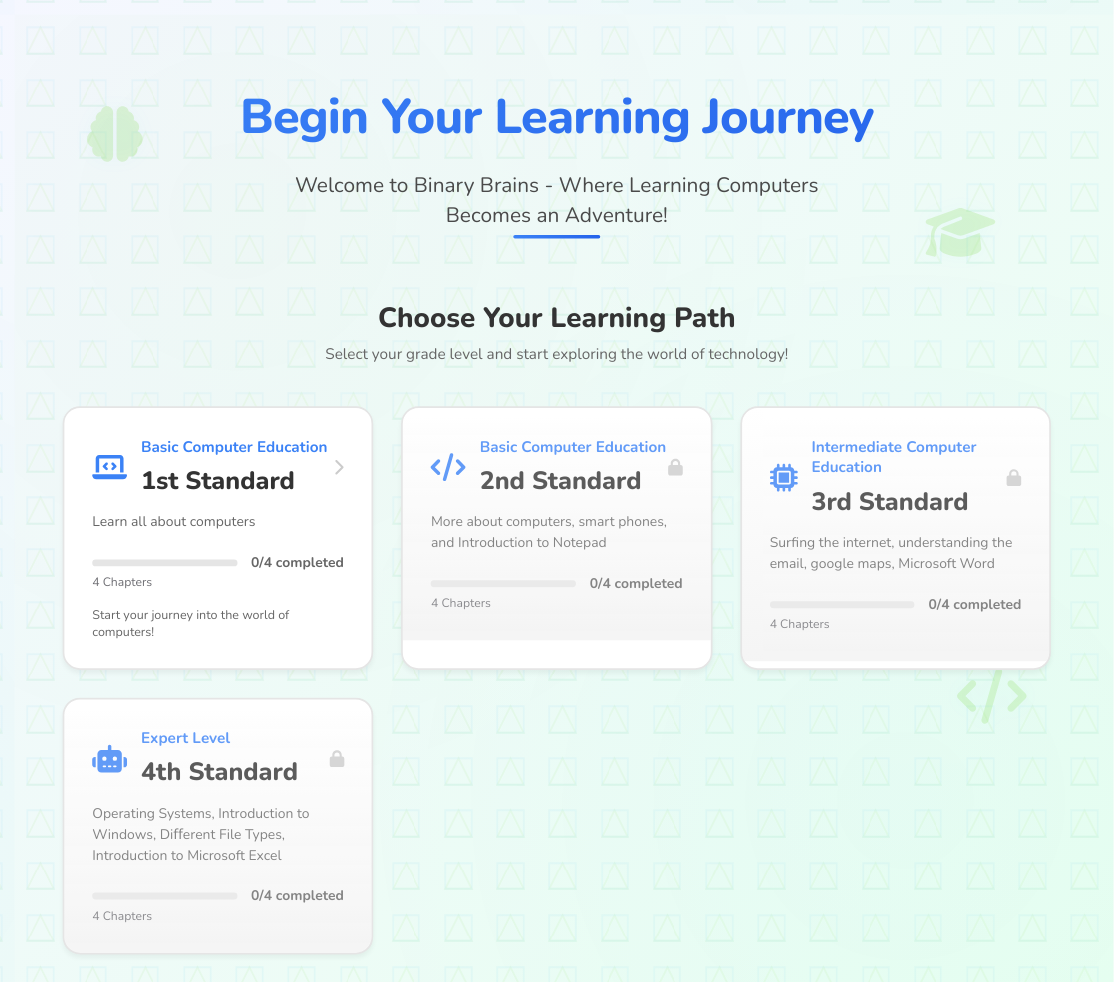
Repository: NeedFit-Agency/dattamsh
Page: /
The author's editor kept a copy of each file at every save. The page is drawn from the files as they stood at one save, then again after the next save.
The browser window is 1280 px wide. The pictures show the whole page, at 87% of full size.
The project was rebuilt for these pictures with package versions that can differ from the ones it lists, and the page was loaded fresh each time. The framework's server and built-in components were replaced by stand-ins that run in the browser. Also part of the build but not shown: next.config.ts.

Above is the page before, as saved 2025-04-02 20:00:45.

### src/app/layout.tsx
import type { Metadata } from "next";
import { Nunito } from "next/font/google";
import "./globals.css";
import { config } from '@fortawesome/fontawesome-svg-core'
import '@fortawesome/fontawesome-svg-core/styles.css'
import Header from '@/app/components/layout/Header/Header'
config.autoAddCss = false

const nunito = Nunito({ subsets: ["latin"], weight: ["400", "700", "800", "900"] });

export const metadata: Metadata = {
  title: "Dattamsh",
  description: "Learning languages is fun!",
};

export default function RootLayout({
  children,
}: Readonly<{
  children: React.ReactNode;
}>) {
  return (
    <html lang="en">
      <body className={nunito.className}>
        {/* The Header component will be present for all routes EXCEPT /quiz/* */}
        {/* The children (which includes quiz pages with their own layout) will be rendered */}
        {children}
      </body>
    </html>
  );
}

### src/app/page.tsx
'use client';

import Link from 'next/link';
import { motion } from 'framer-motion';
import { FontAwesomeIcon } from '@fortawesome/react-fontawesome';
import {
  faChevronRight,
  faLock,
  faLaptopCode,
  faRobot,
  faMicrochip,
  faCode,
  faBrain,
  faGraduationCap,
  faAward
} from '@fortawesome/free-solid-svg-icons';
import styles from './page.module.css';

export default function HomePage() {
  const Standards = [
    {
      id: "1",
      subtitle: "Basic Computer Education",
      title: "1st Standard",
      status: "active",
      progress: "0/4 completed",
      units: "4 Chapters",
      message: "Start your journey into the world of computers!",
      icon: faLaptopCode,
      description: "Learn all about computers"
    },
    {
      id: "2",
      subtitle: "Basic Computer Education",
      title: "2nd Standard",
      status: "locked",
      units: "4 Chapters",
      progress: "0/4 completed",
      icon: faCode,
      description: "More about computers, smart phones, and Introduction to Notepad"
    },
    {
      id: "3",
      subtitle: "Intermediate Computer Education",
      title: "3rd Standard",
      status: "locked",
      progress: "0/4 completed",
      units: "4 Chapters",
      icon: faMicrochip,
      description: "Surfing the internet, understanding the email, google maps, Microsoft Word"
    },
    {
      id: "4",
      subtitle: "Expert Level",
      title: "4th Standard",
      status: "locked",
      progress: "0/4 completed",
      units: "4 Chapters",
      icon: faRobot,
      description: "Operating Systems, Introduction to Windows, Diﬀerent File Types, Introduction to Microsoft Excel"
    }
  ];

  // Add decorative elements
  const decorativeIcons = [
    { icon: faBrain, style: { top: '10%', left: '5%' } },
    { icon: faGraduationCap, style: { top: '20%', right: '8%' } },
    { icon: faAward, style: { bottom: '15%', left: '8%' } },
    { icon: faCode, style: { bottom: '25%', right: '5%' } },
  ];

  return (
    <div className={styles.pageWrapper}>
      <main className={styles.main}>
        {/* Add decorative icons */}
        {decorativeIcons.map((item, index) => (
          <motion.div
            key={index}
            className={styles.decorativeIcon}
            style={item.style as React.CSSProperties}
            initial={{ opacity: 0, scale: 0 }}
            animate={{ opacity: 1, scale: 1 }}
            transition={{ duration: 0.5, delay: index * 0.2 }}
          >
            <FontAwesomeIcon icon={item.icon} />
          </motion.div>
        ))}

        <motion.div
          className={styles.heroSection}
          initial={{ opacity: 0, y: 20 }}
          animate={{ opacity: 1, y: 0 }}
          transition={{ duration: 0.6 }}
        >
          <h2 className={styles.heroTitle}>Begin Your Learning Journey</h2>
          <p className={styles.heroSubtitle}>
            Welcome to Binary Brains - Where Learning Computers Becomes an Adventure!
          </p>
        </motion.div>

        <div className={styles.standardsContainer}>
          <motion.div
            className={styles.sectionHeader}
            initial={{ opacity: 0, y: 20 }}
            animate={{ opacity: 1, y: 0 }}
            transition={{ duration: 0.6, delay: 0.3 }}
          >
            <h3>Choose Your Learning Path</h3>
            <p>Select your grade level and start exploring the world of technology!</p>
          </motion.div>

          <div className={styles.standardList}>
            {Standards.map((Standard, index) => (
              <motion.div
                key={Standard.id}
                className={styles.standardCard}
                initial={{ opacity: 0, x: -20 }}
                animate={{ opacity: 1, x: 0 }}
                transition={{ duration: 0.5, delay: 0.5 + index * 0.1 }}
              >
                <Link
                  href={Standard.status === 'active' ? `/learn/${Standard.id}` : '#'}
                  className={`${styles.standardLink} ${Standard.status === 'locked' ? styles.locked : ''}`}
                >
                  <div className={styles.standardContent}>
                    <div className={styles.standardHeader}>
                      <FontAwesomeIcon icon={Standard.icon} className={styles.standardIcon} />
                      <div className={styles.standardInfo}>
                        <span className={styles.subtitle}>{Standard.subtitle}</span>
                        <h2 className={styles.title}>{Standard.title}</h2>
                      </div>
                      {Standard.status === 'locked' ? (
                        <FontAwesomeIcon icon={faLock} className={styles.lockIcon} />
                      ) : (
                        <FontAwesomeIcon icon={faChevronRight} className={styles.arrowIcon} />
                      )}
                    </div>

                    <p className={styles.standardDescription}>{Standard.description}</p>

                    <div className={styles.standardDetails}>
                      <div className={styles.progress}>
                        <div className={styles.progressBar}>
                          <div
                            className={styles.progressFill}
                            style={{ width: Standard.status === 'active' ? '0%' : '0%' }}
                          />
                        </div>
                        <span className={styles.progressText}>{Standard.progress}</span>
                      </div>
                      <span className={styles.units}>{Standard.units}</span>
                      {Standard.message && (
                        <p className={styles.message}>{Standard.message}</p>
                      )}
                    </div>
                  </div>
                </Link>
              </motion.div>
            ))}
          </div>
        </div>
      </main>
    </div>
  );
}

### src/app/globals.css
/* Reset basic styles */
* {
  margin: 0;
  padding: 0;
  box-sizing: border-box;
}

:root {
  --background-light: #f8fafc;
  --background-medium: #eef2f7;
  --white: #ffffff;
  --border-light: #e5e7eb;
  --text-dark: #1f2937;
  --text-medium: #6b7280;
  --text-light: #9ca3af;
  --accent-color: #3b82f6; /* Changed to Blue */
  --accent-light: #60a5fa;
  --accent-dark: #2563eb;
  --primary-blue: #3b82f6; /* Already blue */
  --primary-blue-dark: #2563eb;
  --error-red: #ef4444;
  --warning-yellow: #f59e0b;
  --correct-green: #3b82f6; /* Changed to blue for consistency */
  --incorrect-red: #ef4444; /* Same as error */

  /* Font Sizes */
  --font-size-xs: 0.75rem;
  --font-size-sm: 0.875rem;
  --font-size-base: 1rem;
  --font-size-lg: 1.125rem;
  --font-size-xl: 1.25rem;
  --font-size-2xl: 1.5rem;
  --font-size-3xl: 1.875rem;
  --font-size-4xl: 2.25rem;
  --font-size-5xl: 3rem;
  --font-size-display: clamp(2.5rem, 6vw + 1rem, 6rem); /* For large characters */

  /* Duolingo theme variables - update to blue theme */
  --duo-green: #3b82f6; /* Changed to blue */
  --duo-green-dark: #2563eb;
  --duo-green-light: #93c5fd;
  --duo-green-border: #60a5fa;
  --duo-green-feedback: #dbeafe;

  /* Keep existing blue colors */
  --duo-blue-primary: #3b82f6;
  --duo-blue-dark: #2563eb;
  --duo-blue-light: #ddf4ff;
  --duo-blue-border: #bbe6ff;

  /* --- Core Colors (Blue Accent) --- */
  --duo-blue-primary: #1cb0f6;
  --duo-blue-dark: #1899d6;
  --duo-blue-light: #ddf4ff;   /* Needed for sidebar active bg */
  --duo-blue-border: #bbe6ff; /* Needed for sidebar active border */

  /* --- Secondary & Status Colors --- */
  --duo-yellow: #ffc800;
  --duo-yellow-dark: #e5a000;
  --duo-orange: #ff9600;
  --duo-orange-dark: #e58300;
  --duo-red: #ff4b4b;
  --duo-purple: #8e4dff;
  --duo-gold: #ffc800;
  --duo-gold-dark: #e5a000;
  --duo-gold-glow: rgba(255, 200, 0, 0.4);

  /* --- Grays & Text --- */
  --duo-gray-lightest: #f7f7f7; /* Needed for sidebar hover bg */
  --duo-gray-light: #e5e5e5;
  --duo-gray-medium: #afafaf;  /* Needed for inactive icons/profile border */
  --duo-gray-dark: #777777;    /* Needed for inactive text */
  --duo-text-dark: #4b4b4b;
  --duo-text-light: #ffffff;
  --duo-border: #e5e5e5;       /* Needed for sidebar right border */

  /* --- Dark Theme (Legendary) --- */
  --dark-bg: #1a1a1a;
  --dark-text-medium: #b0b0b0;
  --dark-footer-border: #333333;
  --dark-button-outline: #cccccc;

  /* --- Fonts --- */
  --font-family: 'Nunito', sans-serif; /* Ensure you import Nunito in layout.tsx */

  /* --- Layout --- */
  --sidebar-width: 300px;
  --right-rail-width: 400px;
}


body {
  font-family: var(--font-family);
  color: var(--duo-text-dark);
  background-color: #fefefe;
  /* Prevent scrolling issues with sticky elements */
  overflow-x: hidden;
}

/* Basic Button Resets */
button {
  font-family: inherit;
  cursor: pointer;
  border: none;
  background: none;
  padding: 0;
  color: inherit;
}

/* Link Resets */
a {
  color: inherit;
  text-decoration: none;
}

/* Font Awesome basic sizing */
.svg-inline--fa {
  vertical-align: middle; /* Better alignment */
}

### src/app/components/layout/Header/Header.tsx
'use client';

import { useState, useEffect } from 'react';
import Link from 'next/link';
import { FontAwesomeIcon } from '@fortawesome/react-fontawesome';
import { faBars, faTimes, faCode, faGraduationCap } from '@fortawesome/free-solid-svg-icons';
import StatsBar from '@/app/components/layout/StatsBar/StatsBar';
import styles from './Header.module.css';

export default function Header() {
  const [isScrolled, setIsScrolled] = useState(false);
  const [isMobileMenuOpen, setIsMobileMenuOpen] = useState(false);

  useEffect(() => {
    const handleScroll = () => {
      setIsScrolled(window.scrollY > 20);
    };

    window.addEventListener('scroll', handleScroll);
    return () => window.removeEventListener('scroll', handleScroll);
  }, []);

  return (
    <header className={`${styles.header} ${isScrolled ? styles.scrolled : ''}`}>
      <div className={styles.headerContent}>
        <Link href="/" className={styles.logoLink}>
          <div className={styles.logo}>
            <div className={styles.logoIconWrapper}>
              <span className={styles.codeBracket}>{"<"}</span>
              <span className={styles.codeSlash}>/</span>
              <span className={styles.codeBracket}>{">"}</span>
            </div>
            <div className={styles.logoText}>
              <span className={styles.logoMain}>Binary</span>
              <span className={styles.logoAccent}>Brains</span>
            </div>
          </div>
        </Link>

        <nav className={styles.nav}>
          {/* <div className={styles.navLinks}>
            <Link href="/learn" className={styles.navLink}>
              <FontAwesomeIcon icon={faGraduationCap} className={styles.navIcon} />
              <span>Learn</span>
            </Link>
          </div> */}
          <div className={styles.statsWrapper}>
            <StatsBar streak={1} gems={234} hearts={2} />
          </div>
        </nav>

        <button
          className={`${styles.mobileMenuButton} ${isMobileMenuOpen ? styles.active : ''}`}
          onClick={() => setIsMobileMenuOpen(!isMobileMenuOpen)}
          aria-label="Toggle menu"
        >
          <span className={styles.hamburgerIcon}></span>
        </button>

        <div className={`${styles.mobileMenu} ${isMobileMenuOpen ? styles.mobileMenuOpen : ''}`}>
          {/* <div className={styles.mobileNavLinks}>
            <Link href="/learn" className={styles.mobileNavLink}>
              <FontAwesomeIcon icon={faGraduationCap} className={styles.mobileNavIcon} />
              Learn
            </Link>
          </div> */}
          <div className={styles.mobileStatsWrapper}>
            <StatsBar streak={1} gems={234} hearts={2} />
          </div>
        </div>
      </div>
    </header>
  );
}

### src/app/components/layout/StatsBar/StatsBar.tsx
import { FontAwesomeIcon } from '@fortawesome/react-fontawesome';
import { faShieldAlt, faFireFlameCurved, faGem, faHeart } from '@fortawesome/free-solid-svg-icons';
import styles from './StatsBar.module.css';

interface StatsBarProps {
  streak: number;
  gems: number;
  hearts: number;
  streakFreezeActive?: boolean; // Optional prop
}

export default function StatsBar({ streak, gems, hearts, streakFreezeActive = true }: StatsBarProps) {
  return (
    <div className={styles.statsBar}>
      {streakFreezeActive && (
        <div className={`${styles.statItem} ${styles.streakFreeze}`}>
          <FontAwesomeIcon icon={faShieldAlt} className={styles.icon} />
        </div>
      )}
      <div className={`${styles.statItem} ${styles.streakCount}`}>
        <FontAwesomeIcon icon={faFireFlameCurved} className={styles.icon} /> {streak}
      </div>
      <div className={`${styles.statItem} ${styles.gems}`}>
        <FontAwesomeIcon icon={faGem} className={styles.icon} /> {gems}
      </div>
      <div className={`${styles.statItem} ${styles.hearts}`}>
        <FontAwesomeIcon icon={faHeart} className={styles.icon} /> {hearts}
      </div>
    </div>
  );
}

### src/app/components/layout/Header/Header.module.css
.header {
  background: rgba(255, 255, 255, 0.9);
  backdrop-filter: saturate(180%) blur(20px);
  -webkit-backdrop-filter: saturate(180%) blur(20px);
  position: sticky;
  top: 0;
  z-index: 100;
  border-bottom: 1px solid rgba(88, 204, 2, 0.2);
  transition: all 0.3s cubic-bezier(0.4, 0, 0.2, 1);
}

.scrolled {
  background: rgba(255, 255, 255, 0.98);
  box-shadow: 0 4px 20px rgba(88, 204, 2, 0.1);
}

.headerContent {
  max-width: 1200px;
  margin: 0 auto;
  padding: 0.8rem 1rem;
  display: flex;
  justify-content: space-between;
  align-items: center;
  position: relative;
}

.logoLink {
  text-decoration: none;
  display: flex;
  align-items: center;
  transition: transform 0.3s cubic-bezier(0.34, 1.56, 0.64, 1);
}

.logoLink:hover {
  transform: scale(1.02);
}

.logo {
  display: flex;
  align-items: center;
  gap: 0.75rem;
}

.logoIconWrapper {
  display: flex;
  align-items: center;
  font-size: 1.5rem;
  font-weight: 800;
  color: #58cc02;
  letter-spacing: -1px;
  transition: transform 0.3s cubic-bezier(0.34, 1.56, 0.64, 1);
}

.logoLink:hover .logoIconWrapper {
  transform: rotate(-5deg);
}

.codeBracket {
  opacity: 0.9;
  transition: transform 0.3s cubic-bezier(0.34, 1.56, 0.64, 1);
}

.codeSlash {
  color: #3f9c00;
  margin: 0 -1px;
  transition: transform 0.3s cubic-bezier(0.34, 1.56, 0.64, 1);
}

.logoLink:hover .codeBracket:first-child {
  transform: translateX(-2px);
}

.logoLink:hover .codeBracket:last-child {
  transform: translateX(2px);
}

.logoLink:hover .codeSlash {
  transform: rotate(-15deg) scale(1.1);
}

.logoText {
  display: flex;
  gap: 0.35rem;
  font-size: 1.5rem;
  font-weight: 800;
  letter-spacing: -0.02em;
}

.logoMain {
  color: #1cb0f6;
}

.logoAccent {
  background: linear-gradient(135deg, #58cc02, #3f9c00);
  -webkit-background-clip: text;
  background-clip: text;
  color: transparent;
}

.nav {
  display: flex;
  align-items: center;
  gap: 1rem;
  margin-left: auto;
}

.statsWrapper {
  display: flex;
  align-items: center;
  gap: 0.5rem;
}

.navLinks {
  display: flex;
  gap: 1rem;
  margin-right: 1rem;
}

.navLink {
  display: flex;
  align-items: center;
  gap: 0.5rem;
  color: #3c3c3c;
  text-decoration: none;
  font-size: 1rem;
  font-weight: 700;
  padding: 0.5rem 1rem;
  border-radius: 12px;
  transition: all 0.3s cubic-bezier(0.4, 0, 0.2, 1);
  background: rgba(88, 204, 2, 0.1);
}

.navIcon {
  font-size: 1.1rem;
  color: #58cc02;
  transition: transform 0.3s cubic-bezier(0.34, 1.56, 0.64, 1);
}

.navLink:hover {
  background: rgba(88, 204, 2, 0.15);
  transform: translateY(-1px);
}

.navLink:hover .navIcon {
  transform: scale(1.1) rotate(-5deg);
}

.mobileMenuButton {
  display: none;
  background: none;
  border: none;
  padding: 0.5rem;
  cursor: pointer;
  position: relative;
  z-index: 102;
  width: 44px;
  height: 44px;
}

.hamburgerIcon,
.hamburgerIcon::before,
.hamburgerIcon::after {
  display: block;
  width: 24px;
  height: 2px;
  background: #58cc02;
  position: absolute;
  left: 50%;
  transform: translateX(-50%);
  transition: transform 0.3s ease, opacity 0.3s ease;
}

.hamburgerIcon {
  top: 50%;
  transform: translate(-50%, -50%);
}

.hamburgerIcon::before,
.hamburgerIcon::after {
  content: '';
}

.hamburgerIcon::before {
  top: -8px;
}

.hamburgerIcon::after {
  bottom: -8px;
}

.mobileMenuButton.active .hamburgerIcon {
  background: transparent;
}

.mobileMenuButton.active .hamburgerIcon::before {
  top: 0;
  transform: translate(-50%, 0) rotate(45deg);
}

.mobileMenuButton.active .hamburgerIcon::after {
  bottom: 0;
  transform: translate(-50%, 0) rotate(-45deg);
}

.mobileMenu {
  display: none;
  position: fixed;
  top: 0;
  left: 0;
  right: 0;
  bottom: 0;
  background: rgba(255, 255, 255, 0.98);
  backdrop-filter: saturate(180%) blur(20px);
  -webkit-backdrop-filter: saturate(180%) blur(20px);
  z-index: 101;
  opacity: 0;
  visibility: hidden;
  transition: opacity 0.3s ease, visibility 0.3s ease;
  padding: 1rem;
}

.mobileMenuOpen {
  opacity: 1;
  visibility: visible;
  display: flex;
  flex-direction: column;
}

.mobileNavLinks {
  display: flex;
  flex-direction: column;
  gap: 1rem;
  width: 100%;
  max-width: 320px;
  margin: 3rem auto 0;
}

.mobileNavLink {
  display: flex;
  align-items: center;
  justify-content: center;
  gap: 0.75rem;
  color: #3c3c3c;
  text-decoration: none;
  font-size: 1.15rem;
  font-weight: 700;
  padding: 0.75rem;
  border-radius: 12px;
  background: rgba(88, 204, 2, 0.1);
  transition: all 0.3s cubic-bezier(0.4, 0, 0.2, 1);
  width: 100%;
}

.mobileNavIcon {
  color: #58cc02;
  font-size: 1.25rem;
}

.mobileNavLink:hover {
  background: rgba(88, 204, 2, 0.15);
  transform: translateY(-1px);
}

.mobileStatsWrapper {
  display: flex;
  align-items: center;
  justify-content: flex-end;
  padding: 0.5rem 0;
  margin-bottom: 1rem;
}

@media (max-width: 768px) {
  .headerContent {
    padding: 0.8rem 1rem;
  }

  .nav {
    display: none;
  }

  .mobileMenuButton {
    display: flex;
    align-items: center;
    justify-content: center;
    margin-left: 1rem;
  }

  .mobileMenu {
    display: none;
  }

  .mobileMenu.mobileMenuOpen {
    display: block;
  }

  .logoText {
    font-size: 1.25rem;
  }

  .logoIconWrapper {
    font-size: 1.25rem;
  }
}

/* Animation for header appearance */
@keyframes headerSlideDown {
  from {
    transform: translateY(-100%);
    opacity: 0;
  }
  to {
    transform: translateY(0);
    opacity: 1;
  }
}

.header {
  animation: headerSlideDown 0.5s cubic-bezier(0.34, 1.56, 0.64, 1);
}

### src/app/components/layout/StatsBar/StatsBar.module.css
.statsBar {
    display: flex;
    justify-content: flex-end;
    align-items: center;
    gap: 15px;
    padding: 20px 20px;
  }
  .statItem {
    display: flex;
    align-items: center;
    font-weight: 700;
    font-size: 15px;
    cursor: pointer; /* Indicate clickable */
  }
  .statItem .icon {
    margin-right: 5px;
    font-size: 20px;
    display: inline-block; /* Helps with alignment */
    vertical-align: middle;
  }
  .streakFreeze {
    color: var(--duo-gray-medium);
  }
  .streakFreeze .icon {
    font-size: 24px;
  }
  .streakCount {
    color: var(--duo-orange);
  }
  .gems {
    color: var(--duo-blue-primary); /* Use blue */
  }
  .hearts {
    color: var(--duo-red);
  }

Loaded but not shown: src/app/page.module.css (369 lines, source omitted)

After the next save:
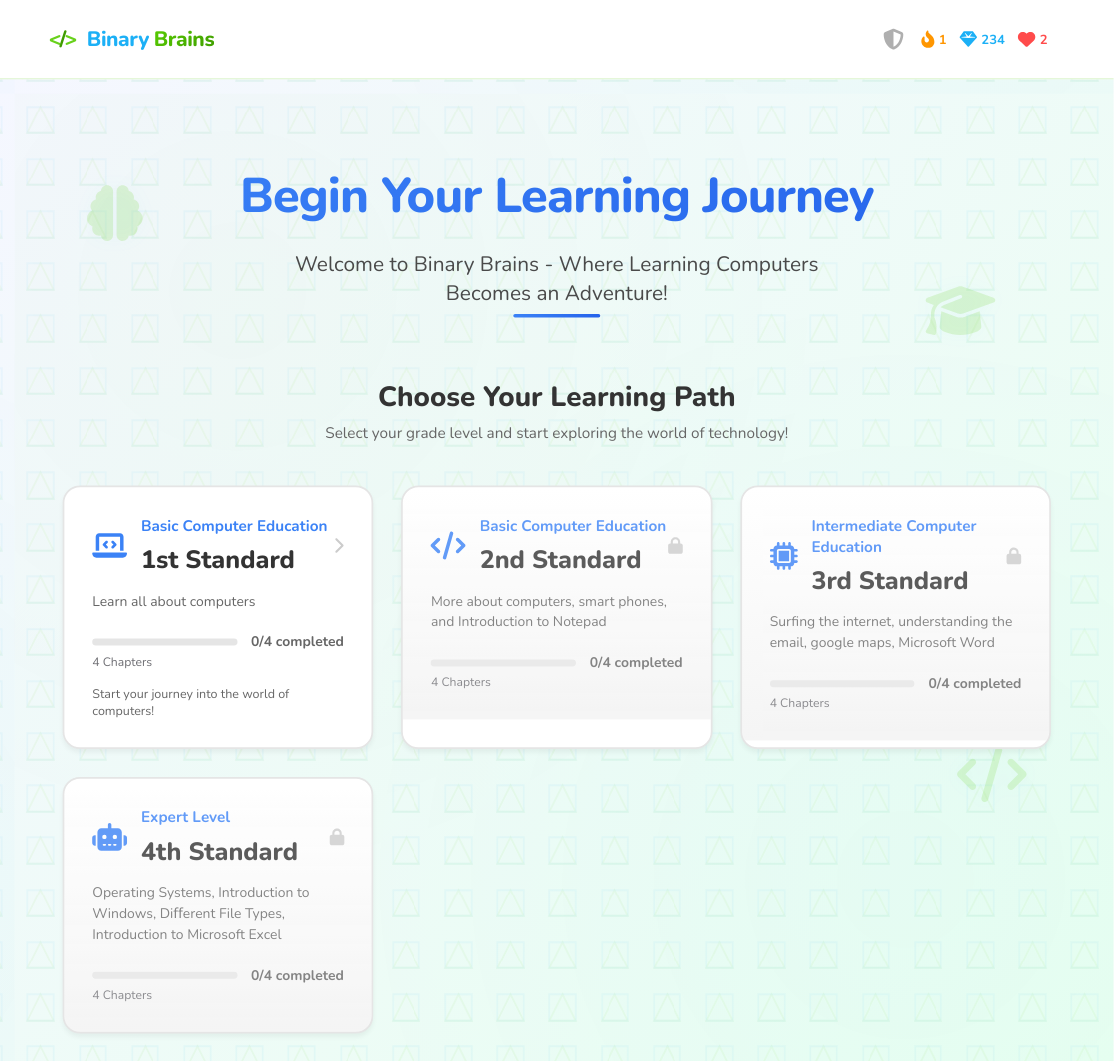
Saved 5 min 9 s later.
--- a/src/app/layout.tsx
+++ b/src/app/layout.tsx
@@ -1,9 +1,12 @@
+'use client';
+
 import type { Metadata } from "next";
 import { Nunito } from "next/font/google";
 import "./globals.css";
 import { config } from '@fortawesome/fontawesome-svg-core'
 import '@fortawesome/fontawesome-svg-core/styles.css'
 import Header from '@/app/components/layout/Header/Header'
+import { usePathname } from 'next/navigation';
 config.autoAddCss = false
 
 const nunito = Nunito({ subsets: ["latin"], weight: ["400", "700", "800", "900"] });
@@ -18,11 +21,13 @@ export default function RootLayout({
 }: Readonly<{
   children: React.ReactNode;
 }>) {
+  const pathname = usePathname();
+  const isQuizPage = pathname?.startsWith('/quiz');
+
   return (
     <html lang="en">
       <body className={nunito.className}>
-        {/* The Header component will be present for all routes EXCEPT /quiz/* */}
-        {/* The children (which includes quiz pages with their own layout) will be rendered */}
+        {!isQuizPage && <Header />}
         {children}
       </body>
     </html>
